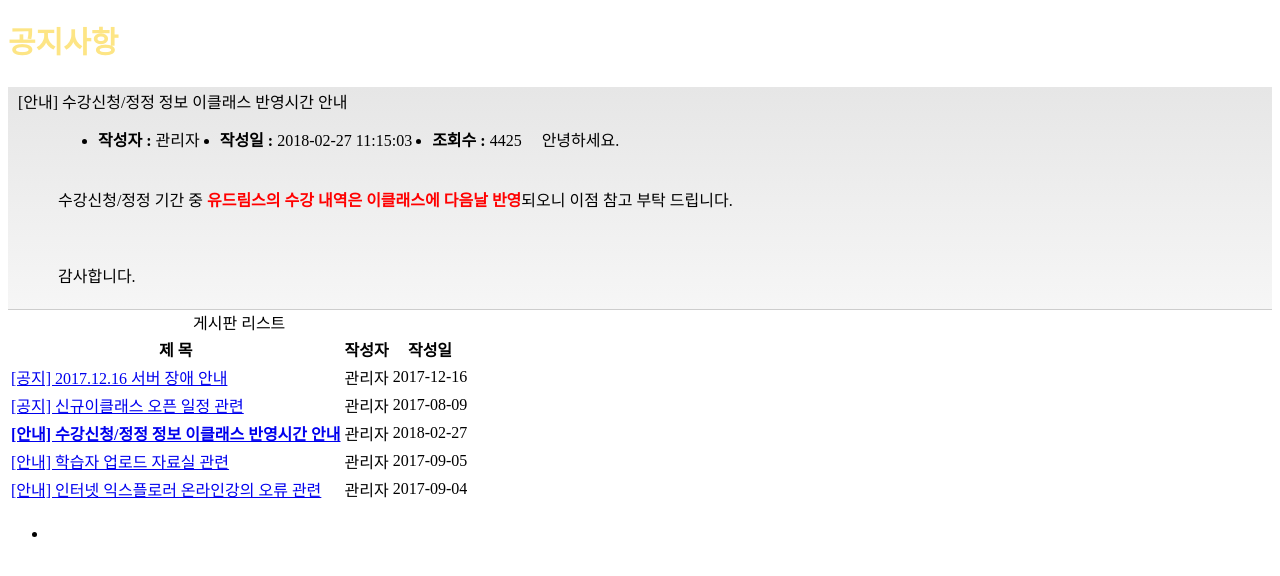
Repository: CSID-DGU/2019-1-CECD3-FFChain-2
Page: http://localhost/icip.app/WEB-INF/jsp/icip/notice/noticeView.jsp
The author's editor kept a copy of each file at every save. The page is drawn from the files as they stood at one save, then again after the next save.
The browser window is 1280 px wide. The pictures show the whole page.
The page is served by Tomcat 9. Nobody is signed in. Other server files are loaded and not shown. The template is opened directly, without the code that normally fills it, so the values that code supplies are empty.

Above is the page before, as saved 2019-08-19 11:19:34.

### icip.app/src/main/webapp/WEB-INF/jsp/icip/notice/noticeView.jsp
<%@ page contentType="text/html; charset=utf-8" pageEncoding="utf-8"%>
<%@ taglib prefix="fmt" uri="http://java.sun.com/jsp/jstl/fmt"%>
<%@ taglib prefix="c" uri="http://java.sun.com/jsp/jstl/core"%>
<%@ taglib prefix="form" uri="http://www.springframework.org/tags/form"%>
<%@ taglib uri="http://java.sun.com/jsp/jstl/functions" prefix="fn"%>
<%@ taglib prefix="spring" uri="http://www.springframework.org/tags"%>
<!DOCTYPE html PUBLIC "-//W3C//DTD HTML 4.01 Transitional//EN" "http://www.w3.org/TR/html4/loose.dtd">
<html>
<head>
</head>
<style>
#listBox div.listContent > dd > ul > li
{
    float: left;
    margin-right: 20px;
}
/* 게시판 글보기 상단 요소 */
#listBox div.listContent dl.element {position:relative; overflow:hidden;}
#listBox div.listContent{
	padding:5px 10px;
	border-bottom:1px solid #cdcdcd;
	line-height:22px;
	min-height:25px;
	background:#e6e6e6;
	background: -webkit-gradient(linear, 0 0, 0 bottom, from(#e6e6e6), to(#f6f6f6));
	background: -webkit-linear-gradient(#e6e6e6, #f6f6f6);
	background: -moz-linear-gradient(#e6e6e6, #f6f6f6);
	background: -ms-linear-gradient(#e6e6e6, #f6f6f6);
	background: -o-linear-gradient(#e6e6e6, #f6f6f6);
	background: linear-gradient(#e6e6e6, #f6f6f6);
}
#listBox div.listContent dl.element dt:after {display:block; clear:both; content:''}
/*#listBox div.listContent dl.element dt.new {padding:10px; height:14px; line-height:14px; border-bottom:1px solid #cdcdcd;
	background:#c1ccde;
	background: -webkit-gradient(linear, 0 0, 0 bottom, from(#c1ccde), to(#d8e1f0));
	background: -webkit-linear-gradient(#c1ccde, #d8e1f0);
	background: -moz-linear-gradient(#c1ccde, #d8e1f0);
	background: -ms-linear-gradient(#c1ccde, #d8e1f0);
	background: -o-linear-gradient(#c1ccde, #d8e1f0);
	background: linear-gradient(#c1ccde, #d8e1f0);
}*/
#listBox div.listContenth4,h5 {float:left; display:inline-block; line-height:20px; color:#333;}
#listBox div.listContent.btnBox {float:right;}
#listBox div.listContent.btnBox li {float:left; margin-right:5px;}
#listBox div.listContent.btnBox li.twit {width:22px; height:22px; text-indent:-9999px; cursor:pointer; background:url(../img/common/sns_twit.gif) no-repeat; background-size:cover;}
#listBox div.listContent.btnBox li.fbook {width:22px; height:22px; text-indent:-9999px; cursor:pointer; background:url(../img/common/sns_fbook.gif) no-repeat; background-size:cover;}
#listBox div.listContent.btnBox li.kstory {width:22px; height:22px; text-indent:-9999px; cursor:pointer; background:url(../img/common/sns_kstory.gif) no-repeat; background-size:cover;}
#listBox div.listContent.btnBox li.band {width:22px; height:22px; text-indent:-9999px; cursor:pointer; background:url(../img/common/sns_band.gif) no-repeat; background-size:cover;}
#listBox div.listContent dl.element dd {float:left;width:100%;}
#listBox div.listContent dl.element dd:after {display:block; clear:both; content:''}
#listBox div.listContent dl.element dd.info{padding:0 10px;border-bottom:1px dotted #cdcdcd;}
#listBox div.listContent dl.element > dd > ul {line-height:28px; font-family:'dotum'; color:#a1a1a1; clear:both;}
#listBox div.listContent dl.element > dd > ul:after {display:block; clear:both; content:''}
#listBox div.listContent dl.element > dd > ul > li {float:left; margin-right:20px;}
#listBox div.listContent dl.element dd ul.progress {float:right; width:200px; margin:6px 10px;}
#listBox div.listContent dl.element dd ul.progress li {margin-right:0;}
#listBox div.listContent dl.element dd div.cont {padding:20px;}
#listBox div.listContent dl.element dd div.cont img {max-width:100%;}
#listBox div.listContent dl.element dd div.cont .innerBox {margin-top:20px;}
#listBox div.listContent dl.element dd div.cont .innerBox .average {text-align:center; border:1px solid #a78785; border-radius:4px; background:#c4afad;}
#listBox div.listContent dl.element dd div.cont .innerBox .average ul {display:inline-block; padding:7px; font-weight:800; color:#fff;}
#listBox div.listContent dl.element dd div.cont .innerBox .average ul li {float:left; width:100px; margin:0 10px;}
#listBox div.listContent dl.element dd div.cont .innerBox h5 {padding:10px 0; font-size:14px; color:#333;}
#listBox div.listContent dl.element dd div.cont .innerBox .innerOption {position:relative;}
#listBox div.listContent dl.element dd div.cont .innerBox .innerOption > ul {height:30px;}
#listBox div.listContent dl.element dd div.cont .innerBox .innerOption > ul > li {float:left; margin-right:6px;}
#listBox div.listContent dl.element dd div.cont .innerBox .innerOption > ul.posBtn {clear:both; letter-spacing:-1px;}
#listBox div.listContent dl.element dd div.cont .innerBox .innerOption > ul.posBtn li {padding-bottom:5px;}
#listBox div.listContent dl.element dd div.multiAnswer {padding:0 20px;}
#listBox div.listContent dl.element dd div.multiAnswer ul {font-weight:800; padding-bottom:10px; font-size:14px; overflow:hidden;}
#listBox div.listContent dl.element dd div.multiAnswer ul li {float:left; margin-right:20px;}
#listBox div.listContent dl.element dd div.multiAnswer ul.format {font-weight:800; font-size:12px; padding-bottom:10px; overflow:hidden;}
#listBox div.listContent dl.element dd div.multiAnswer ul.format li {float:left; margin-right:20px; padding:5px; color:#9b736f; border:1px solid #d7c7c6; border-radius:4px; background:#e6dcdb;}

</style>
<body>
<div style = "padding-top: 10px; font-size:30px; padding-bottom:25px; color : #fde585; font-weight:bold " >
공지사항
</div>
<div id="listBox">
				<div class="listContent">
						 [안내] 수강신청/정정 정보 이클래스 반영시간 안내

						<dd class="info">
							<ul class="fl ml10">
							</ul>
							<ul class="fr mr10">
							<li><b>작성자 :</b> <span id="suserinfo" style="" onclick="javascript:learnerInfo('admin1');">관리자</span></li>
							<li><b>작성일 :</b> 2018-02-27 11:15:03</li>
							<li class="m0"><b>조회수 :</b> 4425</li>
							</ul>
						</dd>
						<dd>
							<div class="cont"><p>안녕하세요. </p><p><br>수강신청/정정 기간 중 <strong><span style="color: rgb(255, 0, 0);">유드림스의 수강 내역은 </span><font color="#ff0000">이클래스에 다음날 반영</font></strong>되오니 이점 참고 부탁 드립니다.</p><p><br></p><p>감사합니다.<br></p></div>

						</dd>
						</dl>

							<div class="answerArea">

						</div>
					</div>

						<div id="listBox">
						</div><table class="boardListBasic" summary="게시판 리스트입니다.">
							<caption>게시판 리스트</caption>
							<thead>
								<tr class="odd-row">
									<th class="first">제 목</th>
									<th>작성자</th>
									<th class="last">작성일</th>
								</tr>
							</thead>
							<tbody>

									<tr class="odd-row">
											<td class="textLeft first">
												<div style="margin-left: 0px;" align="absmiddle" alt="">
													<a href="#;" onclick="javascript:moveBoardView('BOAD_171216110316331d7655', '0')">

															[공지] 2017.12.16 서버 장애 안내
													</a>
												</div>
											</td>
											<td>
												관리자
											</td>
											<td class="last">
												2017-12-16
											</td>
										</tr>

										<tr>
											<td class="textLeft first">
												<div style="margin-left: 0px;" align="absmiddle" alt="">
													<a href="#;" onclick="javascript:moveBoardView('BOAD_170809131412cfe20003', '0')">

															[공지] 신규이클래스 오픈 일정 관련
													</a>
												</div>
											</td>
											<td>
												관리자
											</td>
											<td class="last">
												2017-08-09
											</td>
										</tr>
										<tr class="odd-row">
											<td class="textLeft first">
												<div style="margin-left: 0px;" align="absmiddle" alt="">
													<a href="#;" onclick="javascript:moveBoardView('BOAD_180227111503550900e1', '0')">

															<b><i class="icon-arrow-small-black"></i>[안내] 수강신청/정정 정보 이클래스 반영시간 안내</b>
													</a>
												</div>
											</td>
											<td>
												관리자
											</td>
											<td class="last">
												2018-02-27
											</td>
										</tr>

										<tr>
											<td class="textLeft first">
												<div style="margin-left: 0px;" align="absmiddle" alt="">
													<a href="#;" onclick="javascript:moveBoardView('BOAD_170905182259ef57201b', '0')">

															[안내] 학습자 업로드 자료실 관련
													</a>
												</div>
											</td>
											<td>
												관리자
											</td>
											<td class="last">
												2017-09-05
											</td>
										</tr>

										<tr class="odd-row">
											<td class="textLeft first">
												<div style="margin-left: 0px;" align="absmiddle" alt="">
													<a href="#;" onclick="javascript:moveBoardView('BOAD_170904164429ea1c03c0', '0')">

															[안내] 인터넷 익스플로러 온라인강의 오류 관련
													</a>
												</div>
											</td>
											<td>
												관리자
											</td>
											<td class="last">
												2017-09-04
											</td>
										</tr>
							</tbody>
						</table>
						<ul class="btnBox">
								<li style =" padding-left : 500px">
									<a class="btn small" href="noticeList.do" style="color: white;">
										<i class="icon-report-small-color"></i>
										목 록
									</a>
								</li>
							</ul>
<script>
//목록
function fn_cancel(){

    var form = document.getElementById("viewForm");

    form.action = "<c:url value='noticeList.do'/>";
    form.submit();

}

//수정
function fn_update(){

    var form = document.getElementById("viewForm");

    form.action = "<c:url value='updateNotice.do'/>";
    form.submit();
}
</script>
</div>
</body>
</html>

After the next save:
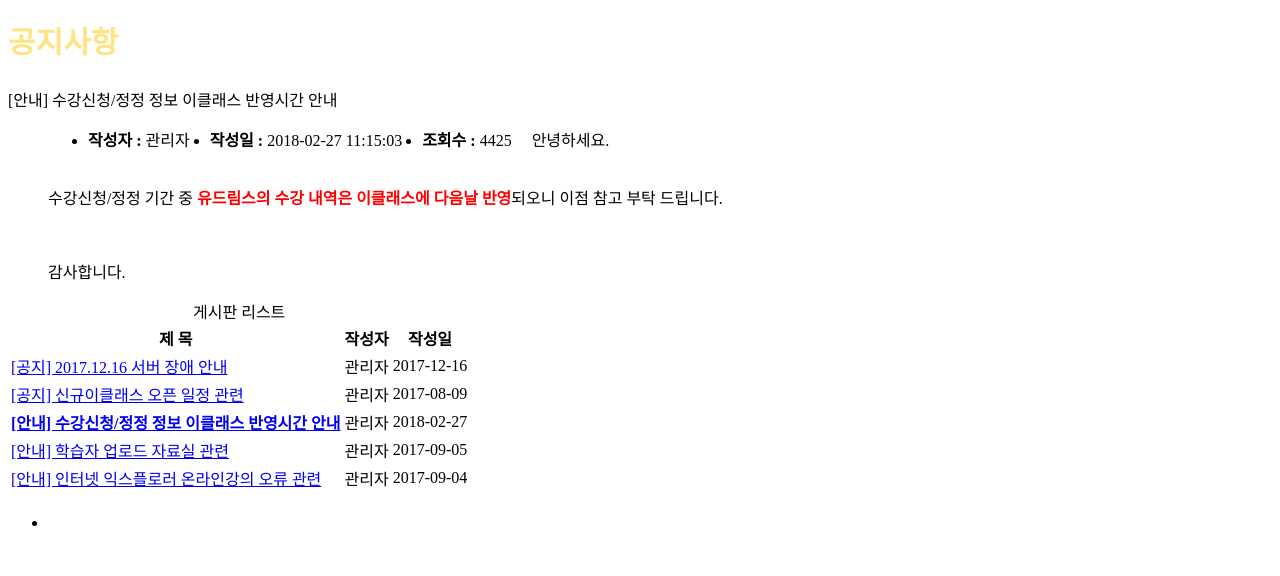
Saved 11 s later.
--- a/icip.app/src/main/webapp/WEB-INF/jsp/icip/notice/noticeView.jsp
+++ b/icip.app/src/main/webapp/WEB-INF/jsp/icip/notice/noticeView.jsp
@@ -14,63 +14,6 @@
     float: left;
     margin-right: 20px;
 }
-/* 게시판 글보기 상단 요소 */
-#listBox div.listContent dl.element {position:relative; overflow:hidden;}
-#listBox div.listContent{
-	padding:5px 10px;
-	border-bottom:1px solid #cdcdcd;
-	line-height:22px;
-	min-height:25px;
-	background:#e6e6e6;
-	background: -webkit-gradient(linear, 0 0, 0 bottom, from(#e6e6e6), to(#f6f6f6));
-	background: -webkit-linear-gradient(#e6e6e6, #f6f6f6);
-	background: -moz-linear-gradient(#e6e6e6, #f6f6f6);
-	background: -ms-linear-gradient(#e6e6e6, #f6f6f6);
-	background: -o-linear-gradient(#e6e6e6, #f6f6f6);
-	background: linear-gradient(#e6e6e6, #f6f6f6);
-}
-#listBox div.listContent dl.element dt:after {display:block; clear:both; content:''}
-/*#listBox div.listContent dl.element dt.new {padding:10px; height:14px; line-height:14px; border-bottom:1px solid #cdcdcd;
-	background:#c1ccde;
-	background: -webkit-gradient(linear, 0 0, 0 bottom, from(#c1ccde), to(#d8e1f0));
-	background: -webkit-linear-gradient(#c1ccde, #d8e1f0);
-	background: -moz-linear-gradient(#c1ccde, #d8e1f0);
-	background: -ms-linear-gradient(#c1ccde, #d8e1f0);
-	background: -o-linear-gradient(#c1ccde, #d8e1f0);
-	background: linear-gradient(#c1ccde, #d8e1f0);
-}*/
-#listBox div.listContenth4,h5 {float:left; display:inline-block; line-height:20px; color:#333;}
-#listBox div.listContent.btnBox {float:right;}
-#listBox div.listContent.btnBox li {float:left; margin-right:5px;}
-#listBox div.listContent.btnBox li.twit {width:22px; height:22px; text-indent:-9999px; cursor:pointer; background:url(../img/common/sns_twit.gif) no-repeat; background-size:cover;}
-#listBox div.listContent.btnBox li.fbook {width:22px; height:22px; text-indent:-9999px; cursor:pointer; background:url(../img/common/sns_fbook.gif) no-repeat; background-size:cover;}
-#listBox div.listContent.btnBox li.kstory {width:22px; height:22px; text-indent:-9999px; cursor:pointer; background:url(../img/common/sns_kstory.gif) no-repeat; background-size:cover;}
-#listBox div.listContent.btnBox li.band {width:22px; height:22px; text-indent:-9999px; cursor:pointer; background:url(../img/common/sns_band.gif) no-repeat; background-size:cover;}
-#listBox div.listContent dl.element dd {float:left;width:100%;}
-#listBox div.listContent dl.element dd:after {display:block; clear:both; content:''}
-#listBox div.listContent dl.element dd.info{padding:0 10px;border-bottom:1px dotted #cdcdcd;}
-#listBox div.listContent dl.element > dd > ul {line-height:28px; font-family:'dotum'; color:#a1a1a1; clear:both;}
-#listBox div.listContent dl.element > dd > ul:after {display:block; clear:both; content:''}
-#listBox div.listContent dl.element > dd > ul > li {float:left; margin-right:20px;}
-#listBox div.listContent dl.element dd ul.progress {float:right; width:200px; margin:6px 10px;}
-#listBox div.listContent dl.element dd ul.progress li {margin-right:0;}
-#listBox div.listContent dl.element dd div.cont {padding:20px;}
-#listBox div.listContent dl.element dd div.cont img {max-width:100%;}
-#listBox div.listContent dl.element dd div.cont .innerBox {margin-top:20px;}
-#listBox div.listContent dl.element dd div.cont .innerBox .average {text-align:center; border:1px solid #a78785; border-radius:4px; background:#c4afad;}
-#listBox div.listContent dl.element dd div.cont .innerBox .average ul {display:inline-block; padding:7px; font-weight:800; color:#fff;}
-#listBox div.listContent dl.element dd div.cont .innerBox .average ul li {float:left; width:100px; margin:0 10px;}
-#listBox div.listContent dl.element dd div.cont .innerBox h5 {padding:10px 0; font-size:14px; color:#333;}
-#listBox div.listContent dl.element dd div.cont .innerBox .innerOption {position:relative;}
-#listBox div.listContent dl.element dd div.cont .innerBox .innerOption > ul {height:30px;}
-#listBox div.listContent dl.element dd div.cont .innerBox .innerOption > ul > li {float:left; margin-right:6px;}
-#listBox div.listContent dl.element dd div.cont .innerBox .innerOption > ul.posBtn {clear:both; letter-spacing:-1px;}
-#listBox div.listContent dl.element dd div.cont .innerBox .innerOption > ul.posBtn li {padding-bottom:5px;}
-#listBox div.listContent dl.element dd div.multiAnswer {padding:0 20px;}
-#listBox div.listContent dl.element dd div.multiAnswer ul {font-weight:800; padding-bottom:10px; font-size:14px; overflow:hidden;}
-#listBox div.listContent dl.element dd div.multiAnswer ul li {float:left; margin-right:20px;}
-#listBox div.listContent dl.element dd div.multiAnswer ul.format {font-weight:800; font-size:12px; padding-bottom:10px; overflow:hidden;}
-#listBox div.listContent dl.element dd div.multiAnswer ul.format li {float:left; margin-right:20px; padding:5px; color:#9b736f; border:1px solid #d7c7c6; border-radius:4px; background:#e6dcdb;}
 
 </style>
 <body>

After the 3 saves that followed:
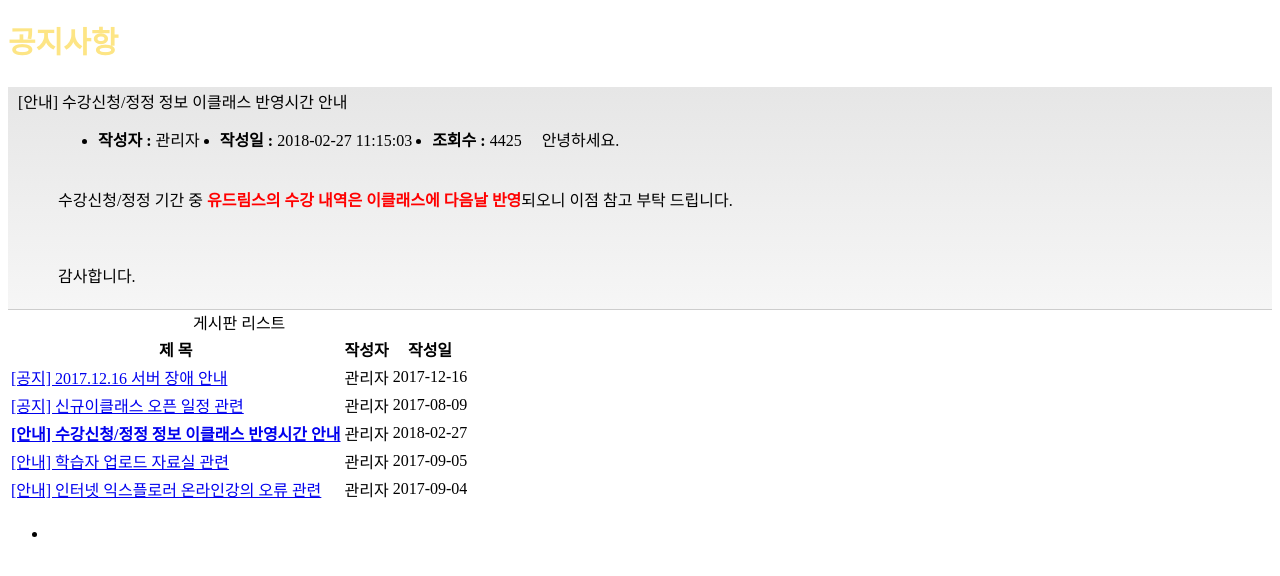
The 3 saves are shown as one change because 2 left the picture as it was.
The last was saved 92 s later.
--- a/icip.app/src/main/webapp/WEB-INF/jsp/icip/notice/noticeView.jsp
+++ b/icip.app/src/main/webapp/WEB-INF/jsp/icip/notice/noticeView.jsp
@@ -14,7 +14,19 @@
     float: left;
     margin-right: 20px;
 }
-
+#listBox div.listContent {
+    padding: 5px 10px;
+    border-bottom: 1px solid #cdcdcd;
+    line-height: 22px;
+    min-height: 25px;
+    background: #e6e6e6;
+    background: -webkit-gradient(linear, 0 0, 0 bottom, from(#e6e6e6), to(#f6f6f6));
+    background: -webkit-linear-gradient(#e6e6e6, #f6f6f6);
+    background: -moz-linear-gradient(#e6e6e6, #f6f6f6);
+    background: -ms-linear-gradient(#e6e6e6, #f6f6f6);
+    background: -o-linear-gradient(#e6e6e6, #f6f6f6);
+    background: linear-gradient(#e6e6e6, #f6f6f6);
+}
 </style>
 <body>
 <div style = "padding-top: 10px; font-size:30px; padding-bottom:25px; color : #fde585; font-weight:bold " >
